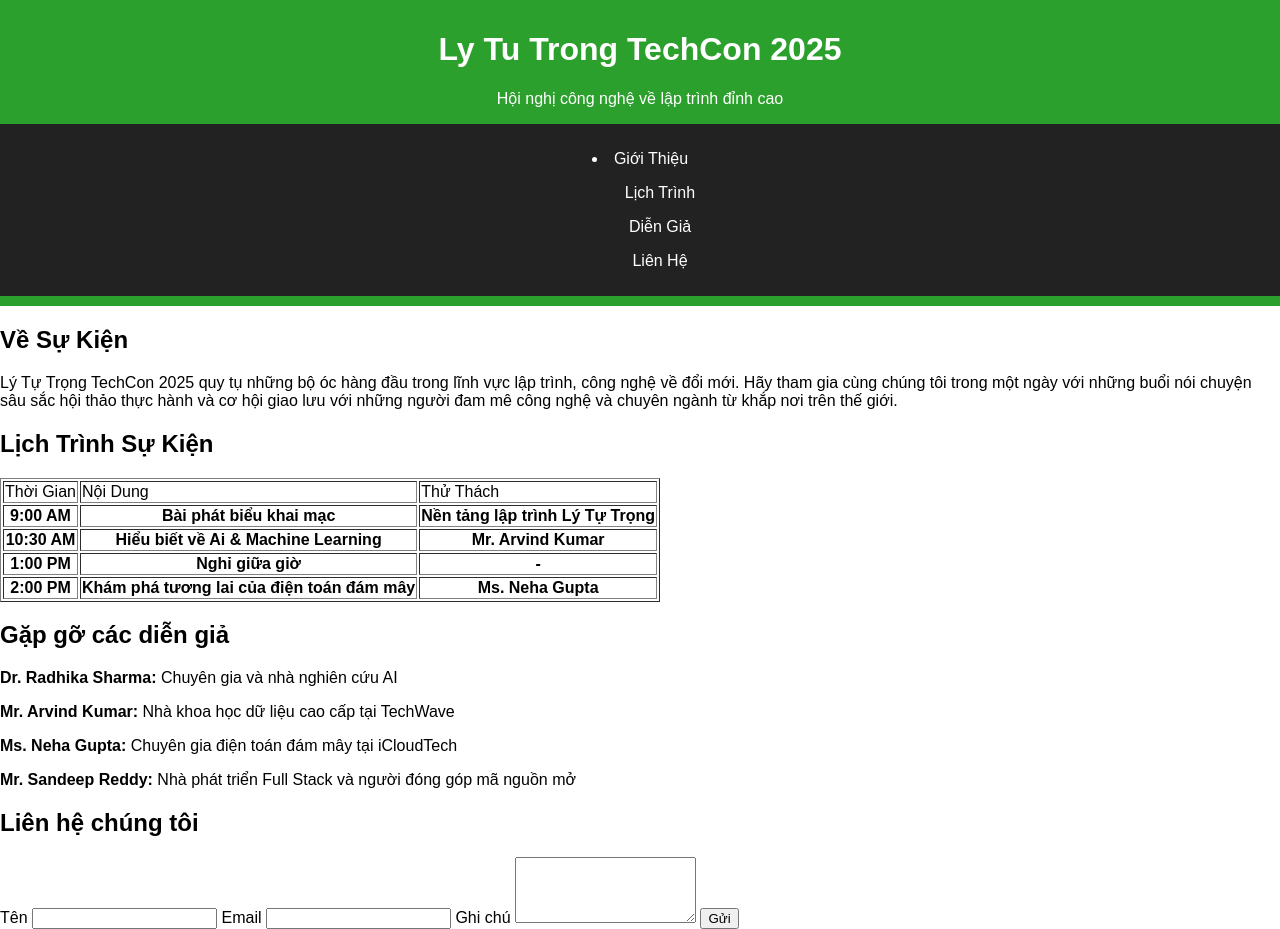
Repository: NhatMinh121/BaiTapVeNha1
Page: index.html
The author's editor kept a copy of each file at every save. The page is drawn from the files as they stood at one save, then again after the next save.
The browser window is 1280 px wide. The pictures show the whole page.

Above is the page before, as saved 2025-03-28 22:46:57.

After the next save:
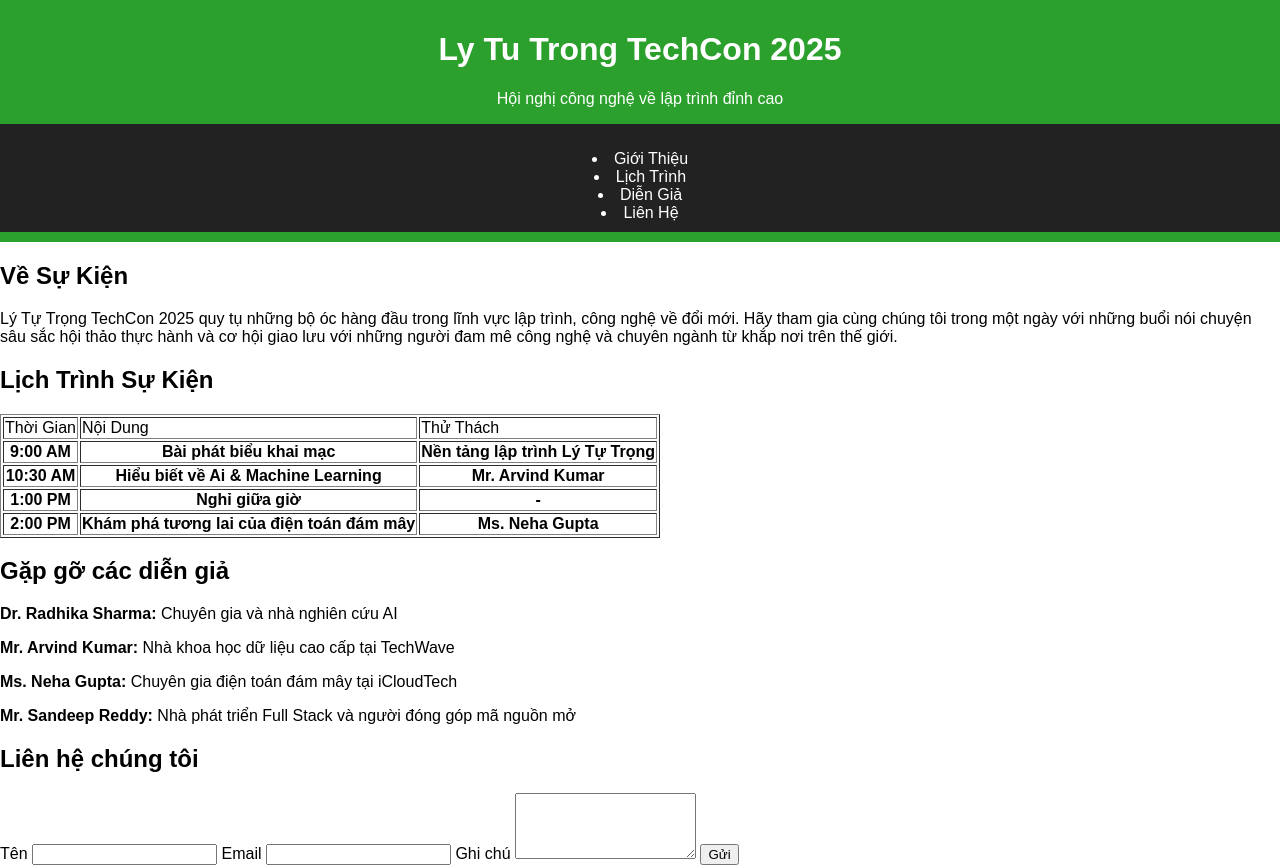
Saved 11 s later.
--- a/index.html
+++ b/index.html
@@ -18,9 +18,9 @@
 
                 </ul>
                 <li>Giới Thiệu</li>
-                <ul>Lịch Trình</ul>
-                <ul>Diễn Giả</ul>
-                <ul>Liên Hệ</ul>
+                <li>Lịch Trình</li>
+                <li>Diễn Giả</li>
+                <li>Liên Hệ</li>
             </nav>
         </div>
 
